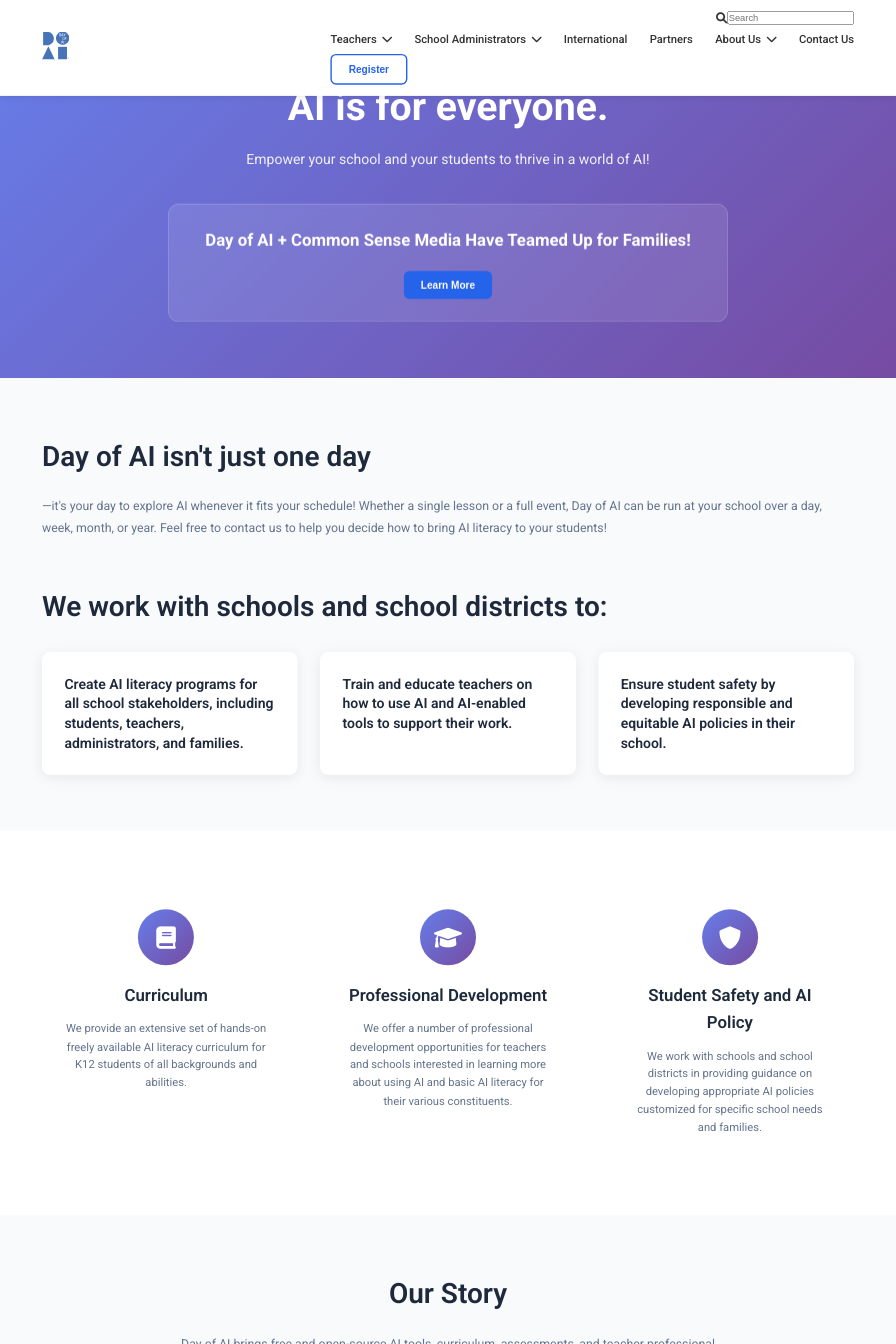
Repository: dinhtri123/dayofai
Page: index.html
These files come from the project's save history. The page is drawn as it stood at one moment and after the next save; the edit follows.
The browser window is 1280 px wide. The pictures show the part of the page from y = 0 to 1920 px (the page is 3347 px tall), at 70% of full size.

Above is the page before, as saved 2025-06-28 14:34:51.

After the next save:
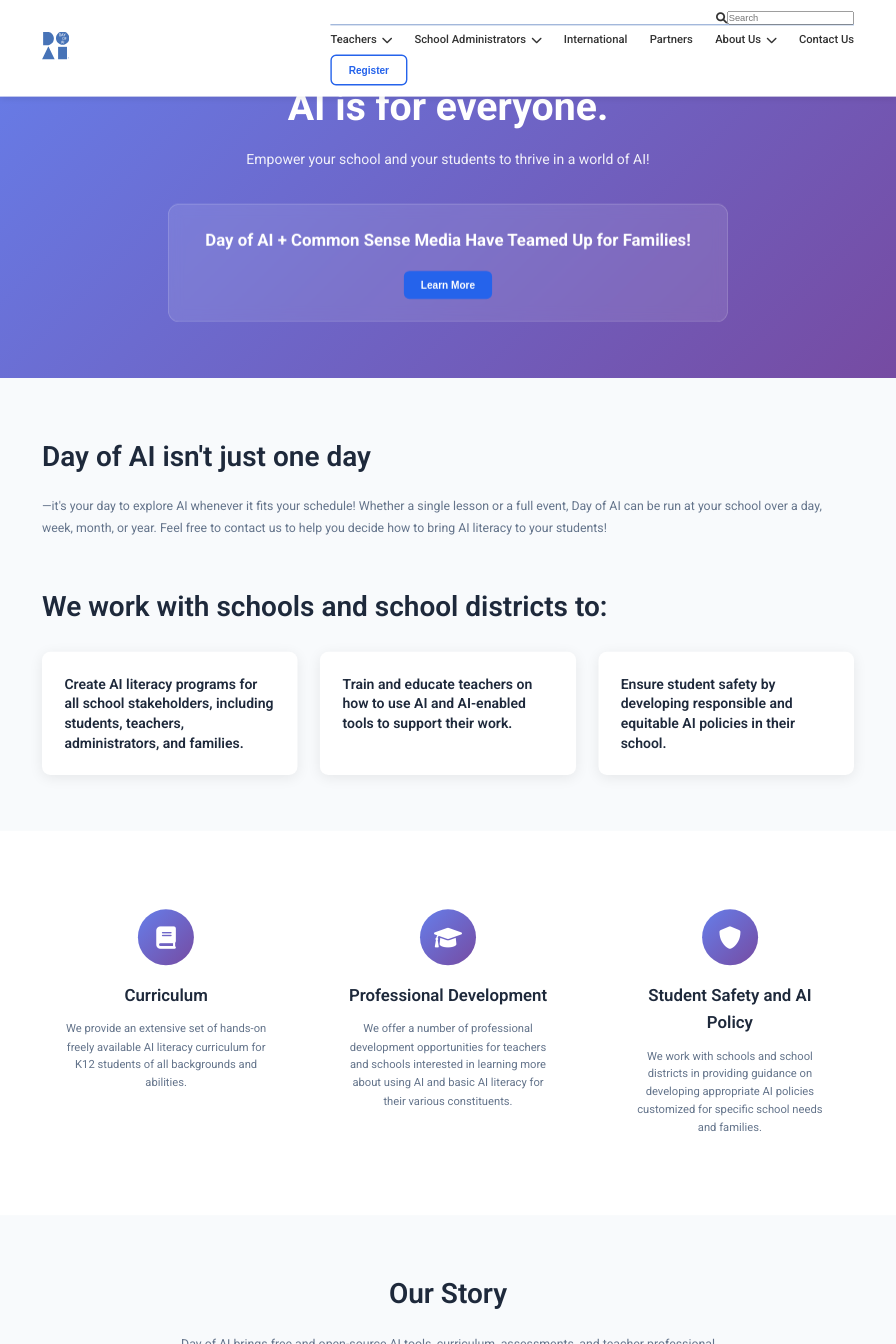
Saved 63 s later.
--- a/styles.css
+++ b/styles.css
@@ -40,7 +40,7 @@
   display: flex;
   align-items: center;
   justify-content: end;
-  border-bottom: ;
+  border-bottom: 1px solid var(--color-primary);
 }
 
 .navbar {
